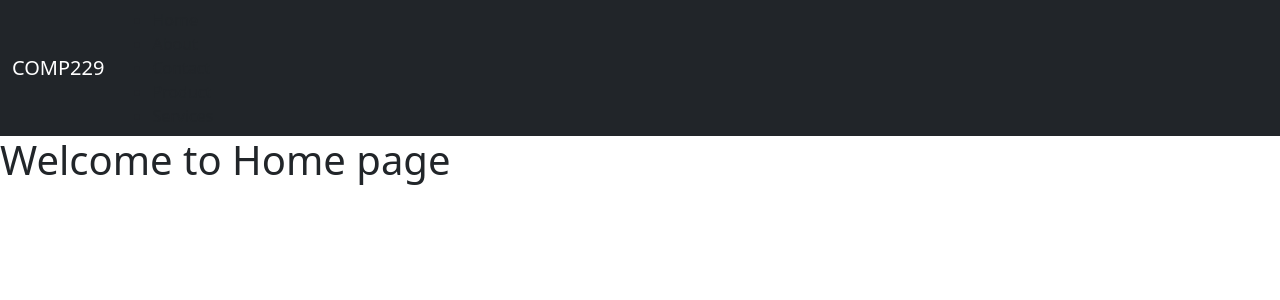
Repository: VuNhatDinhLe/test
Page: http://localhost/
The author's editor kept a copy of each file at every save. The page is drawn from the files as they stood at one save, then again after the next save.
The browser window is 1280 px wide. The pictures show the whole page.
The page is served by the project's Node server (server.js).

Above is the page before, as saved 2023-05-24 01:34:36.

After the next save:
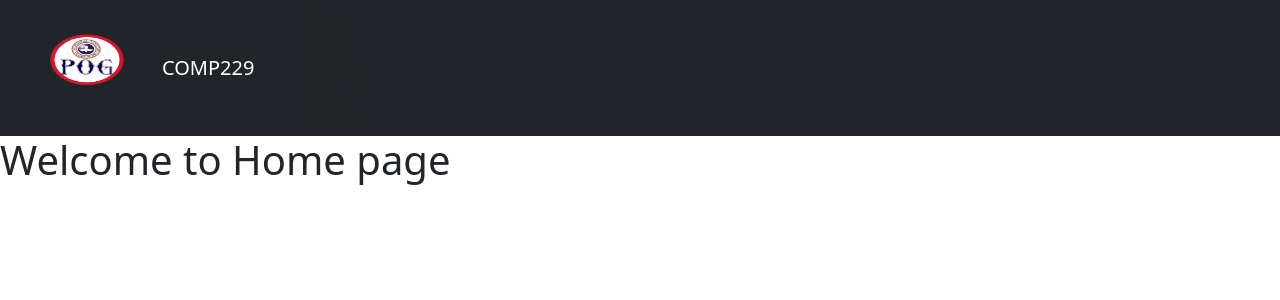
Saved 14 s later.
--- a/WEEK3DEMO/app/views/index.ejs
+++ b/WEEK3DEMO/app/views/index.ejs
@@ -13,7 +13,7 @@
 
     <nav class="navbar navbar-expand-lg navbar-dark bg-dark">
   <div class="container-fluid">
-
+    <img src="/img/logo.png" alt="logo" style: width="150px"; height="100px">
     <a class="navbar-brand" href="#">COMP229</a>
     <button class="navbar-toggler" type="button" data-bs-toggle="collapse" data-bs-target="#navbarSupportedContent" aria-controls="navbarSupportedContent" aria-expanded="false" aria-label="Toggle navigation">
       <span class="navbar-toggler-icon"></span>
